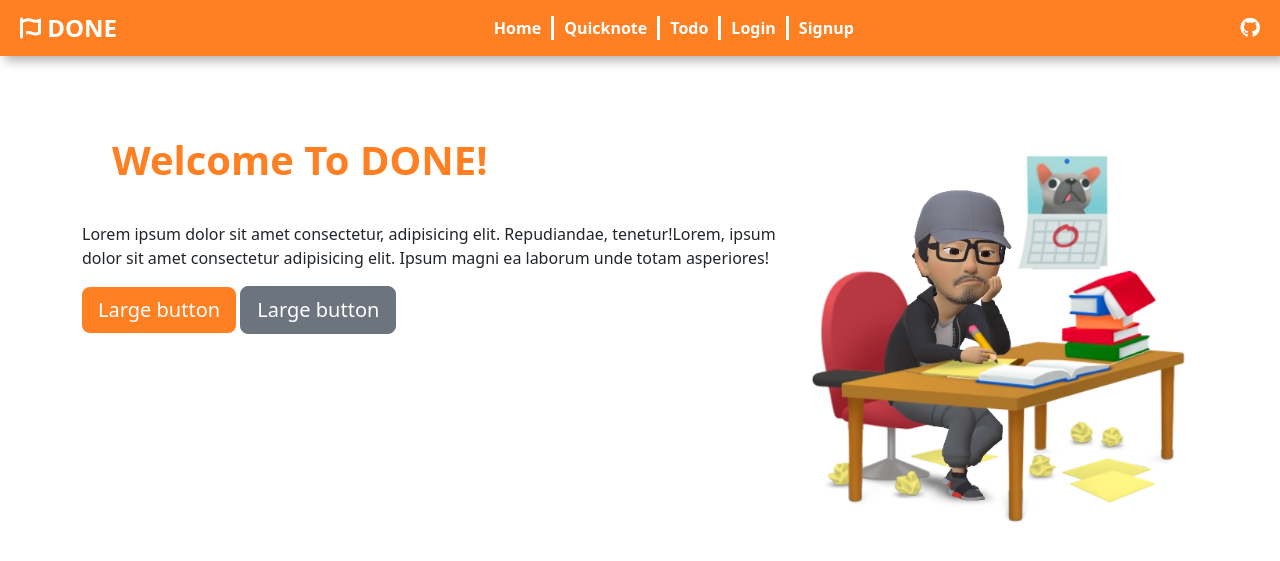
Repository: OmarEssameldinMousa/DONE
Page: index.html
The author's editor kept a copy of each file at every save. The page is drawn from the files as they stood at one save, then again after the next save.
The browser window is 1280 px wide. The pictures show the whole page.
Some web fonts or font styles are not loaded; a fallback is used.

Above is the page before, as saved 2023-12-15 23:13:25.

### index.html
<!DOCTYPE html>
<html lang="en">

<head>
    <meta charset="UTF-8">
    <meta name="viewport" content="width=device-width, initial-scale=1.0">
    <title>Home</title>
    <!-- Main Template CSS File -->
    <link rel="stylesheet" href="CSS/styles.css">
    <!-- Render and Normalize the ELements -->
    <link rel="stylesheet" href="CSS/normalize.css">
    <!-- Font Awsome Library -->
    <link rel="stylesheet" href="CSS/all.min.css">
    <!-- google fonts -->
    <link rel="preconnect" href="https://fonts.googleapis.com">
    <link rel="preconnect" href="https://fonts.gstatic.com" crossorigin>
    <link
        href="https://fonts.googleapis.com/css2?family=Kablammo&family=Work+Sans:wght@200;300;400;500;600;800&display=swap"
        rel="stylesheet">
    <!-- including bootstrap library -->
    <link href="https://cdn.jsdelivr.net/npm/bootstrap@5.3.2/dist/css/bootstrap.min.css" rel="stylesheet"
        integrity="sha384-T3c6CoIi6uLrA9TneNEoa7RxnatzjcDSCmG1MXxSR1GAsXEV/Dwwykc2MPK8M2HN" crossorigin="anonymous">

</head>

<body>
    <header>
        <nav>
            <!-- Logo with Font Awesome Icon -->
            <div class="logo">
                <i class="fab fa-font-awesome-flag"></i> DONE
            </div>

            <!-- Left-side Navigation Links -->
            <ul>
                <li><a href="#">Home</a></li>
                <li><a href="#">Quicknote</a></li>
                <li><a href="mytasks.html">Todo</a></li>
                <li><a href="#">Login</a></li>
                <li><a href="#">Signup</a></li>
            </ul>

            <!-- Right-side GitHub Icon -->
            <div class="github-icon">
                <a rel="" href="https://github.com/yourusername" target="_blank">
                    <i class="fab fa-github" style="color: white;"></i>
                </a>
            </div>
        </nav>

        <div class="container heading">
            <div class="landing">

                <div class="landingtext">
                    <h1>Welcome To DONE!</h1>
                    <p>Lorem ipsum dolor sit amet consectetur, adipisicing elit. Repudiandae, tenetur!Lorem, ipsum dolor
                        sit amet consectetur adipisicing elit. Ipsum magni ea laborum unde
                        totam
                        asperiores!</p>
                    <div class="buttons">
                        <button type="button" class="btn btn-primary btn-lg"
                            style="background-color: #ff7f23;border: none;">Large
                            button</button>
                        <button type="button" class="btn btn-secondary btn-lg">Large button</button>
                    </div>
                </div>

                <div class="logoimage">
                    <img src="images/omar.png" alt="">
                </div>
            </div>
        </div>


    </header>


    <script src="https://cdn.jsdelivr.net/npm/bootstrap@5.3.2/dist/js/bootstrap.bundle.min.js"
        integrity="sha384-C6RzsynM9kWDrMNeT87bh95OGNyZPhcTNXj1NW7RuBCsyN/o0jlpcV8Qyq46cDfL"
        crossorigin="anonymous"></script>
</body>

</html>

### CSS/styles.css
/* Start Variables */
:root{
    --main-color: rgba(235, 235, 235, 0.6);
    --secondery-color: #ff7f23;
    --third-color:#333;
}
/* End Variables */
/* Special Heading */
.special-heading{
    color: #ebeced;
    font-size: 100px;
    text-align: center;
    font-weight: 800;
    letter-spacing: -3px;
    margin: 0;

}
.special-heading + p{
    margin-top: -30px;
    text-align: center;
    font-size: 20px;
    color: #797979;
}
/* End Special Heading */
/* Start Global Rules */
*{
    -webkit-box-sizing: border-box;
    -moz-box-sizing: border-box;
    box-sizing: border-box;
}

body{
    font-family: 'Kablammo', cursive;
    font-family: 'Work Sans', sans-serif;

}

.container{
    padding-left: 15px;
    padding-right: 15px;
    margin-left: auto;
    margin-right: auto;
    background-color: #fff;
    margin: auto;
    width: 600px;
}

/*very small screens*/
@media (max-width: 767px){
    .container{
        .special-heading{
            font-size: 60px;
        }
        .special-heading + p{
            margin-top: -20px;
        }
        width: 390px;
    }
}
/*small screens*/
@media (min-width: 768px){
    .container{
        width: 750px;
    }
}
/*Medium screens*/
@media (min-width: 992px){
    .container{
        width: 970px;
    }
}
/*Large screens*/
@media (min-width: 1200px){
    .container{
        width: 1170px;
    }
}
/* End Global Rules */


html{
    scroll-behavior: smooth;
}
/* navigation bar */

nav {
    background-color:  var(--secondery-color);
    color: white;
    display: flex;
    align-items: center;
    justify-content: space-between;
    padding: 10px 20px;
    box-shadow: 5px 5px 10px rgba(0, 0, 0, 0.3);
}
nav ul {
    list-style: none;
    margin: 0;
    padding: 0;
    display: flex;
}
nav ul li {
    margin-right: 10px;
    font-weight: bold;
}
nav ul li:not(:last-child) {
    border-right: solid 3px white;
    padding-right: 10px;
}
nav ul li a {
    text-decoration: none;
    color: white;
}
nav ul li a:hover {
    color: var(--main-color); /* Change color on hover */
}
.logo {
    font-size: 24px;
    font-weight: bold;
}
.github-icon {
    font-size: 20px;
    color: white;
}

.heading{
    display: flex;
    align-items: center;
    justify-content: center;
    margin-top: 50px;
}

.landing{
    width: 100%;
    height: 70vh;
    background-color: none;
    display: flex;
    flex-direction: row;

}

.landing h1{
    color: var(--secondery-color);
    font-weight: 900;
    padding: 30px;
}

.landing .logoimage img{
    width: 400px;
    position: relative;
    animation: topdown 2s ease-in-out infinite;
}

@keyframes topdown {
    0%, 100% {
        top: 0; /* Starting and ending position (top) */
      }
      50% {
        top: 25px; /* Middle position (top) */
      }
}

Loaded but not shown: CSS/normalize.css (library); CSS/all.min.css (library)

After the next save:
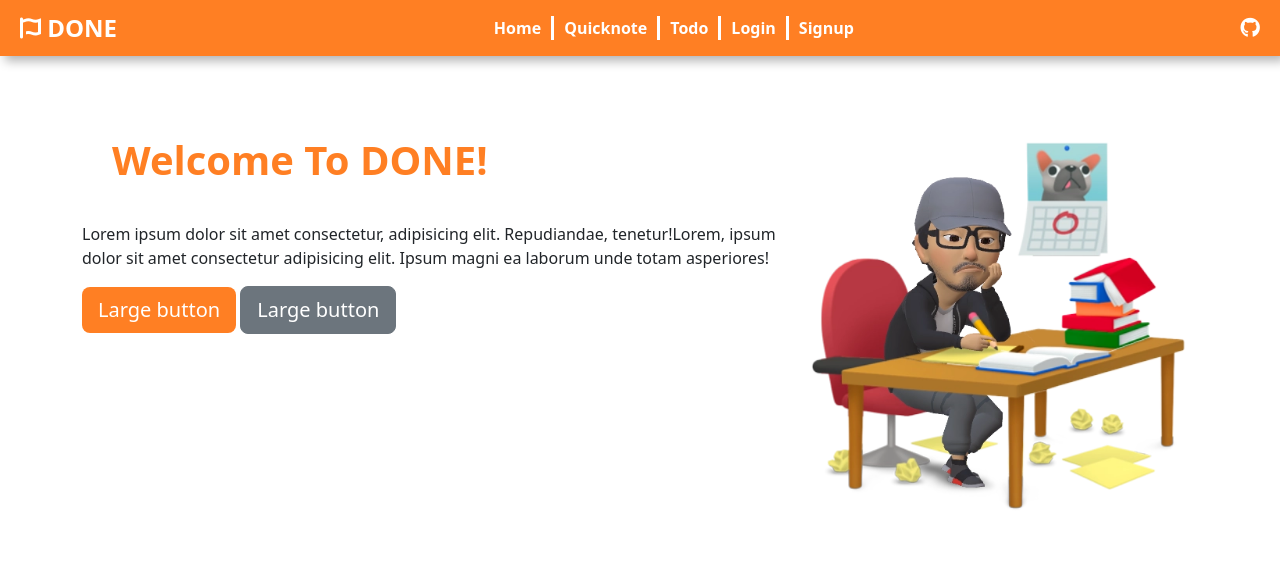
Saved 6 s later.
--- a/CSS/styles.css
+++ b/CSS/styles.css
@@ -155,6 +155,6 @@ nav ul li a:hover {
         top: 0; /* Starting and ending position (top) */
       }
       50% {
-        top: 25px; /* Middle position (top) */
+        top: 12px; /* Middle position (top) */
       }
 }
